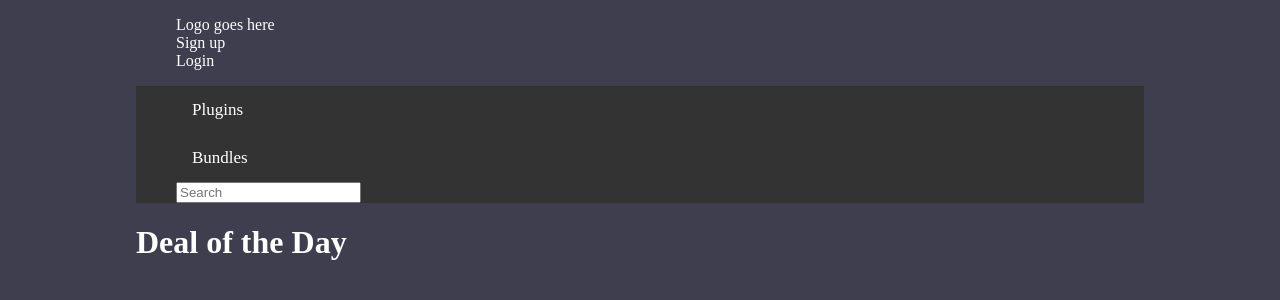
Repository: jigom11791/Wavez
Page: Wavez/Waves-Site/index.html
The author's editor kept a copy of each file at every save. The page is drawn from the files as they stood at one save, then again after the next save.
The browser window is 1280 px wide. The pictures show the whole page.

Above is the page before, as saved 2020-10-30 17:40:05.

After the next save:
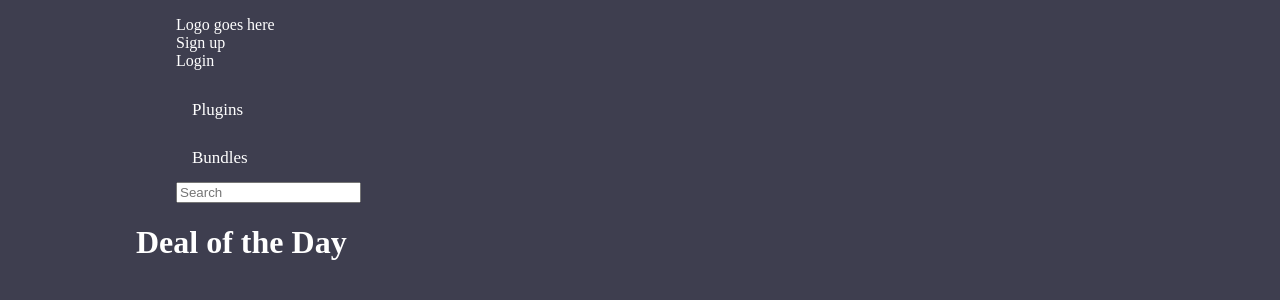
Saved 3 min 44 s later.
--- a/Wavez/Waves-Site/style.css
+++ b/Wavez/Waves-Site/style.css
@@ -14,7 +14,7 @@ li{
     padding: 0;
     overflow: hidden;
 }
-#top-nav {
+ul#top-nav {
     background-color: #333;
     width: 100%;
 }
